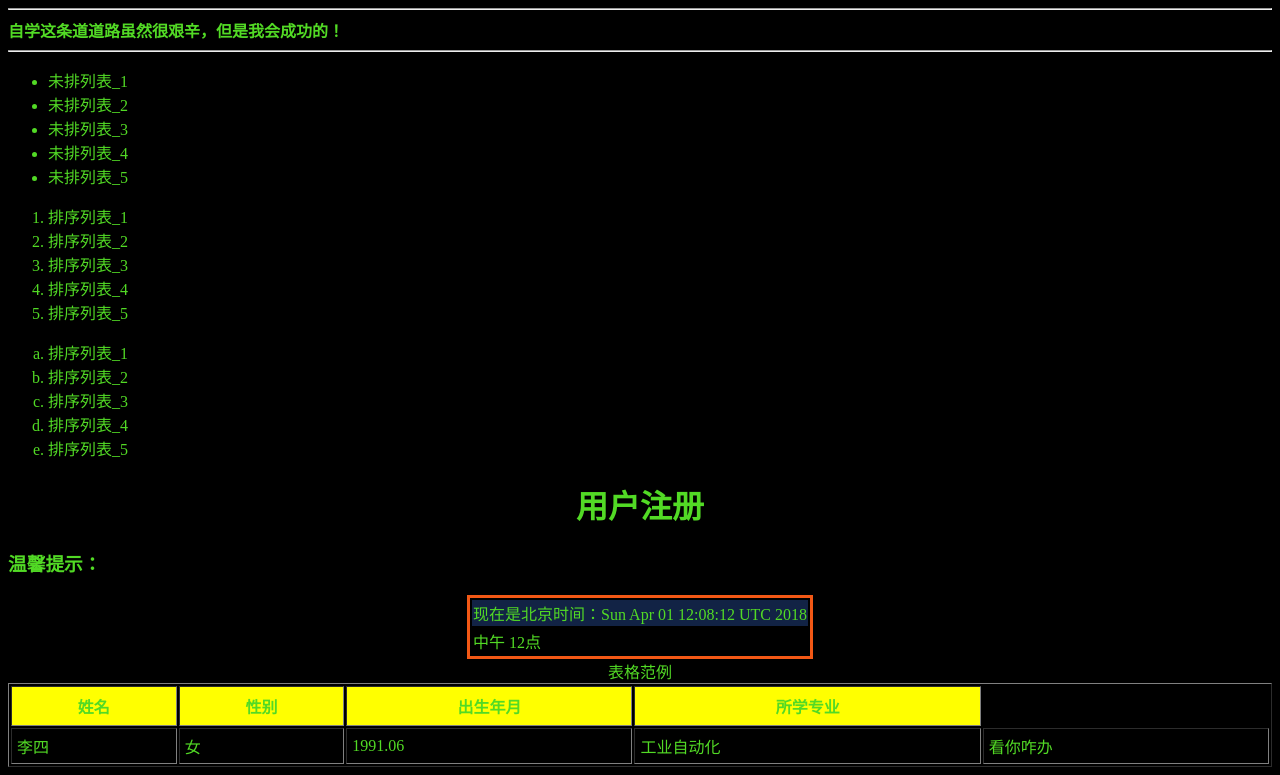
Repository: Coder-YJ/Java
Page: http://localhost/JspTest/test.jsp
An editor plug-in stored every save of this project. The page is shown before and after the next save, followed by the edit.
The browser window is 1280 px wide. The pictures show the whole page.
The page is served by Tomcat 9.

Above is the page before, as saved 2018-04-01 12:39:47.

After the next save:
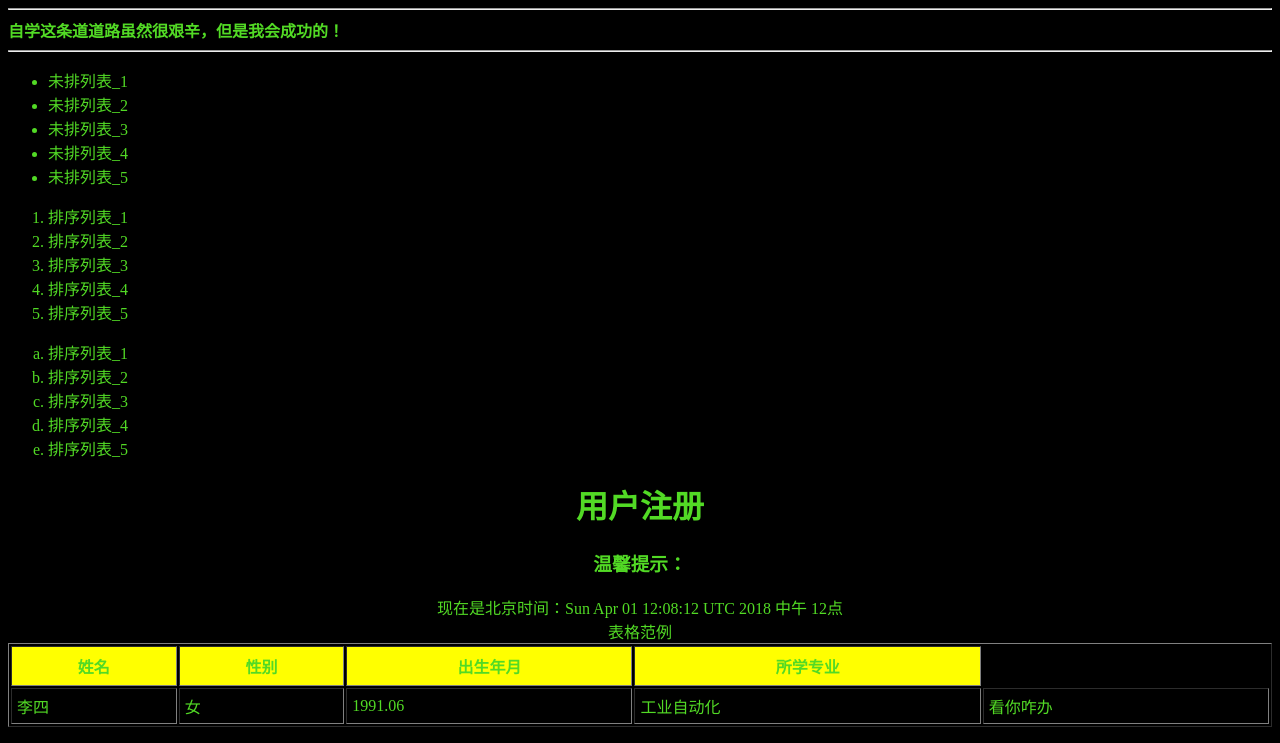
Saved 41 s later.
--- a/MyEclipse10/JspTest/WebRoot/test.jsp
+++ b/MyEclipse10/JspTest/WebRoot/test.jsp
@@ -35,6 +35,7 @@
 		<li>排序列表_5</li>
 	</ol>
 	<h1 align="center">用户注册</h1>
+	<form action="Process.jsp" method="get"
 	<table align="center" bordercolor="#F25815">
 		<h3>温馨提示：</h3>
 

After the 3 saves that followed:
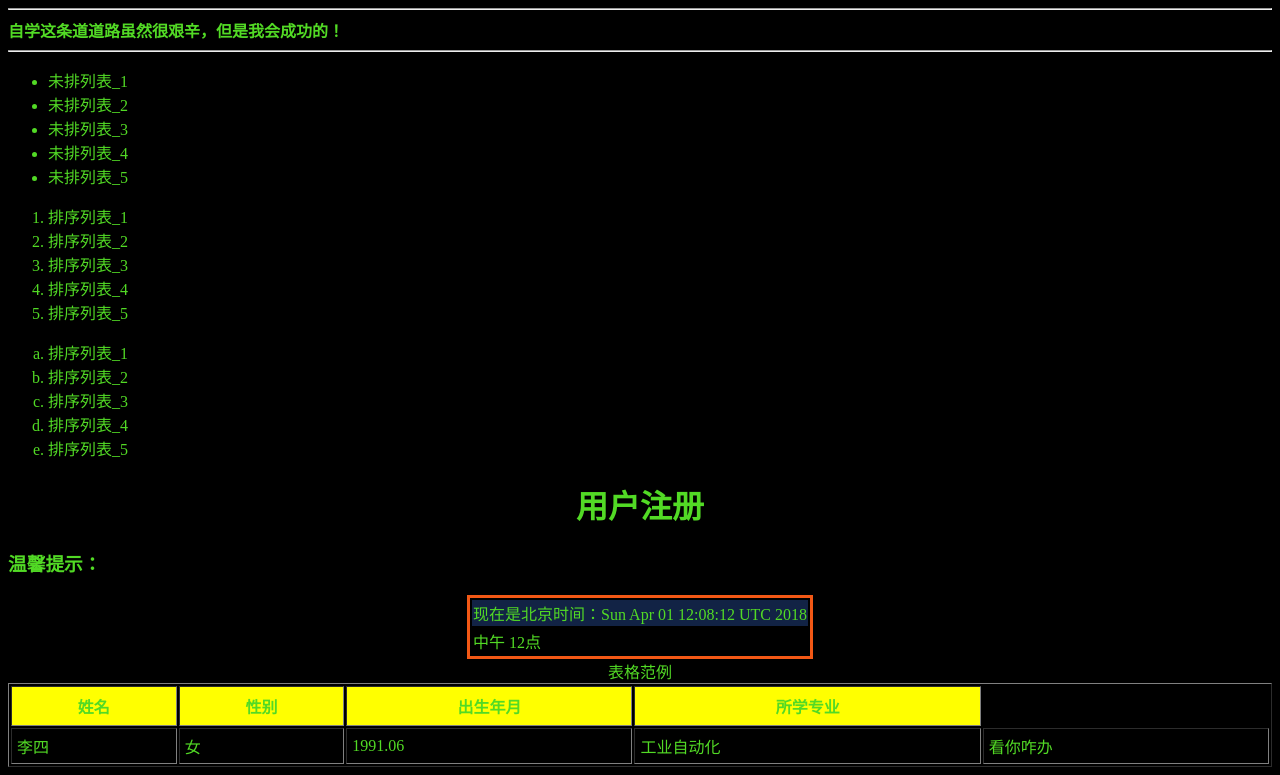
The 3 saves are shown as one change because they came seconds apart.
The last was saved 7 s later.
--- a/MyEclipse10/JspTest/WebRoot/test.jsp
+++ b/MyEclipse10/JspTest/WebRoot/test.jsp
@@ -35,7 +35,9 @@
 		<li>排序列表_5</li>
 	</ol>
 	<h1 align="center">用户注册</h1>
-	<form action="Process.jsp" method="get"
+	<form action="Process.jsp" method="get">
+
+	</form>
 	<table align="center" bordercolor="#F25815">
 		<h3>温馨提示：</h3>
 
